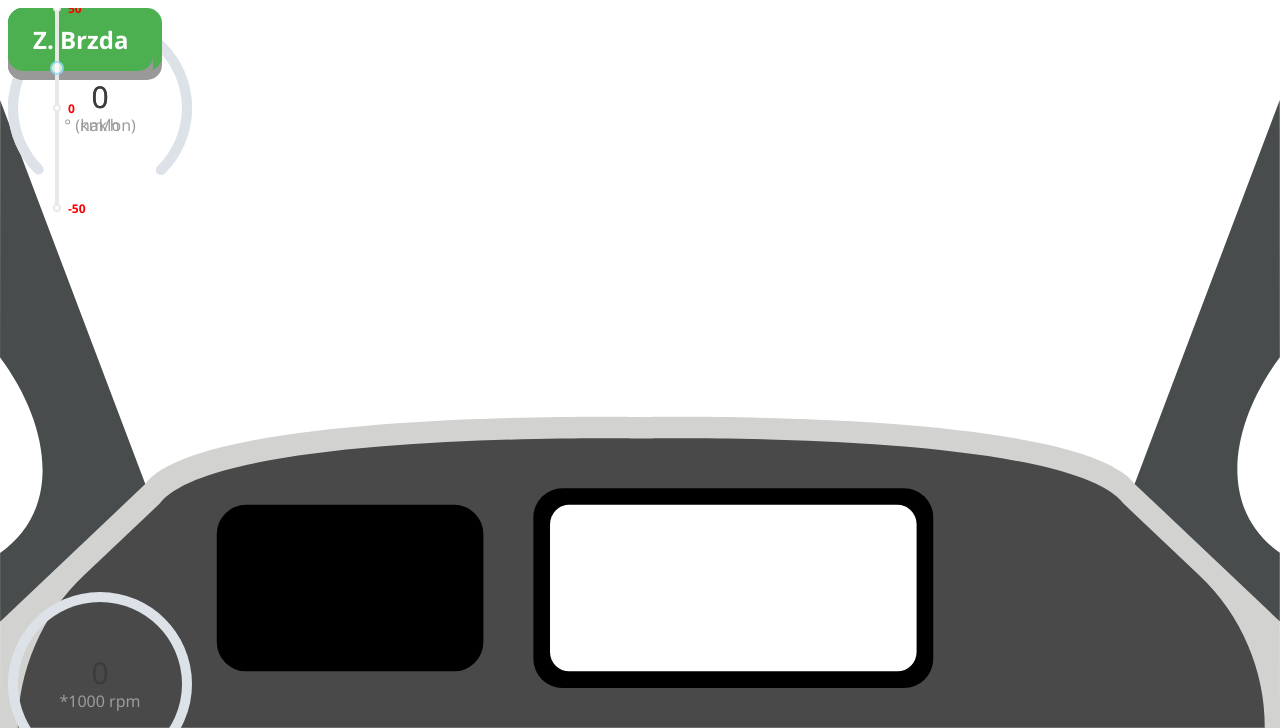
Repository: matyasvelc/train
Page: / (app in frontend/)
An editor plug-in stored every save of this project. The page is shown before and after the next save, followed by the edit.
The browser window is 1280 px wide. The pictures show the whole page.
The page's requests for data from a server got no answer. The project was rebuilt for these pictures with package versions that can differ from the ones it lists, and the page was loaded fresh each time. No one was signed in, and anything a server would have sent is missing.

Above is the page before, as saved 2022-04-04 16:44:30.

After the next save:
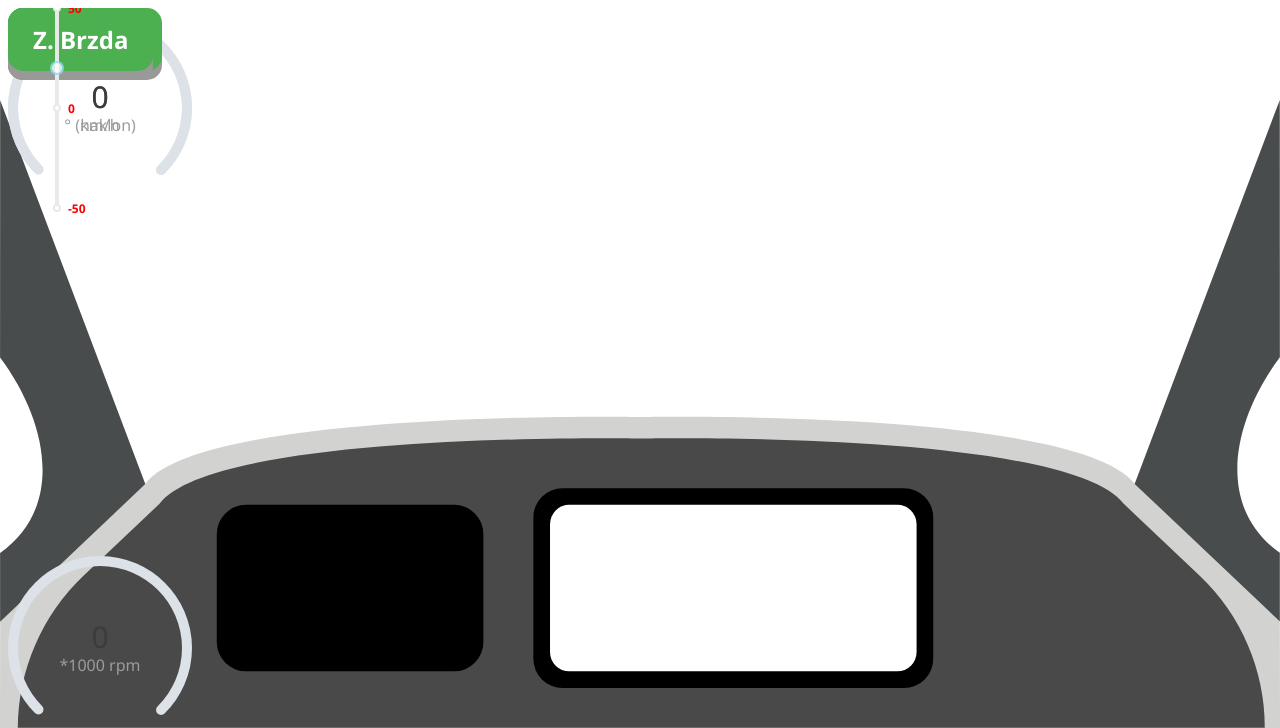
Saved 13 s later.
--- a/frontend/src/styles.css
+++ b/frontend/src/styles.css
@@ -30,7 +30,7 @@ body {
 }
 .budik1{
   position: absolute;
-  top: 80%;
+  top: 75%;
   left: ;
 }
 .budik2{
